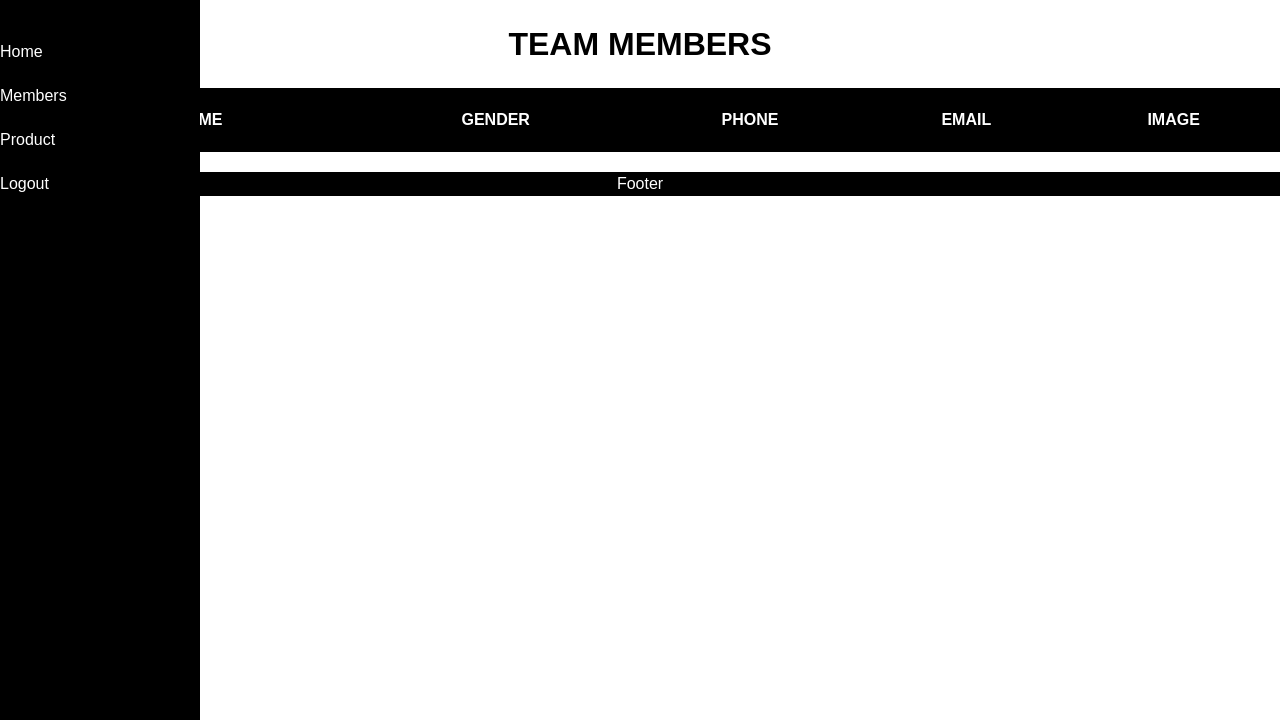
Repository: Eugene44-hub/SHRGroup46-capstone
Page: /members
These files come from the project's save history. The page is drawn as it stood at one moment and after the next save; the edit follows.
The browser window is 1280 px wide. The pictures show the whole page.
The page's requests for data from a server got no answer. The project was rebuilt for these pictures with package versions that can differ from the ones it lists, and the page was loaded fresh each time. No one was signed in, and anything a server would have sent is missing.

Above is the page before, as saved 2022-05-19 15:30:08.

### src/index.css
@tailwind base;
@tailwind components;
@tailwind utilities;
@import url('https://fonts.googleapis.com/css2?family=Poppins:wght@300;400;500;700&display=swap');
body {
    font-family: 'Poppins', sans-serif;
}

code {
    font-family: source-code-pro, Menlo, Monaco, Consolas, 'Courier New', monospace;
}

* {
    margin: 0;
    padding: 0;
    box-sizing: border-box;
}

@layer components {
    .tax {
        @apply text-sm font-medium
    }
    .taxPrice {
        @apply font-extralight
    }
}

### src/App.js
import React from 'react'
import { lazy, Suspense, useEffect, useState } from "react";
import { Route, Routes,BrowserRouter as Router } from "react-router-dom";

//read through comments on each component and pages to understand properly

// only tailwind and css modules are used in this project, any additional libraries should be told to the lead before installation

//Note: you can use normal import statement on the pages. Lazy load is for only Routing pages

// API's too have been fetched in utility folder you can import and use with the syntax below

import { fetchAllData,fetchCompanyQuantity,fetchPersonQuantity,fetchProductQuantity } from "./utilities/apis";
// fetchAllData(input endpoint here to fetch all data).then(data =>console.log(data) )
// fetchPersonQuantity(input quantity here to fetch an amount of data).then(data =>console.log(data) )
// fetchProductQuantity(input quantity here to fetch an amount of data).then(data =>console.log(data) )
// fetchCompanyQuantity(input quantity here to fetch an amount of data).then(data =>console.log(data) )

// endpoints are as follows:
// https://fakerapi.it/api/v1/products?_quantity=1
// https://fakerapi.it/api/v1/companies?_quantity=1
// https://fakerapi.it/api/v1/persons?_quantity=10
// https://fakerapi.it/api/v1/products
// https://fakerapi.it/api/v1/companies
// https://fakerapi.it/api/v1/persons

// check utilities folder for more details on the api functions

// happy coding


const Nav=lazy(()=>import('./components/nav/Nav'));
const Home=lazy(()=>import('./pages/home/Home'));
const Dashboard=lazy(()=>import('./pages/dashboard/Dashboard'))
const Members=lazy(()=>import('./pages/members/Members'))
const Product=lazy(()=>import('./pages/product/Product'))
const Login=lazy(()=>import('./pages/login/Login'))
const Footer=lazy(()=>import('./components/footer/Footer'))



const quantity = 12;

function App() {

  const[products, setProducts] = useState('')
  const [members,setMembers]=useState(null)

  useEffect(() => {
    fetchProductQuantity(quantity).then(data =>setProducts(data.data) )
    fetchAllData("https://fakerapi.it/api/v1/persons").then(data =>setMembers(data))
  }, [])

  return (
    <div className="App">

<Suspense fallback={<h1>Loading...</h1>}>
  <Router>
  <Nav/>

<Routes>
<Route path="/" element={<Home/>} />
<Route path="/product" element={<Product products = {products}/>} />
<Route path="/dashboard" element={<Dashboard/>} />
<Route path="/login" element={<Login/>} />
<Route path="/members" element={<Members members={members}/>} />
</Routes>
</Router>
<Footer/>
</Suspense>
    </div>
  );
}

export default App;

### src/utilities/apis.js
//this function takes in the url as an argument in string format

export const fetchAllData = async(url) => {
    const response = await fetch(url);
    const data = await response.json();
    return data;
}

//

// this part take in the quantity as an argument in integer format
export const fetchPersonQuantity = async(quantity) => {
    const response = await fetch(`https://fakerapi.it/api/v1/persons?_quantity=${quantity}`);
    const data = await response.json();
    return data;
}

export const fetchCompanyQuantity = async(quantity) => {

    const response = await fetch(`https://fakerapi.it/api/v1/companies?_quantity=${quantity}`);
    const data = await response.json();
    return data;
}

export const fetchProductQuantity = async(quantity) => {
    const response = await fetch(`https://fakerapi.it/api/v1/products?_quantity=${quantity}`);
    const data = await response.json();
    return data;
}



// https://fakerapi.it/api/v1/products?_quantity=1
// https://fakerapi.it/api/v1/companies?_quantity=1
// https://fakerapi.it/api/v1/persons?_quantity=10

### src/components/nav/Nav.jsx
import React from 'react'
import { useNavigate } from 'react-router-dom'

import styles from './Nav.module.css'
const navItems=[{
  item:'Home',
  url:'/'
},
{
  item:'members',
  url:'/'
},
{
  item:'product',
  url:'/'
},
{
  item:'logout',
  url:'/'
}]
const Nav = () => {
  const navigate=useNavigate()
  return (
    <nav className={`${styles.nav} `}>
      <div className='fixed w-[200px] bg-black z-50 pt-5 top-0 h-full'>
      <ul>

{navItems.map((navItem,index)=>(<li className='my-5'>
  <button className='capitalize bg-green' onClick={()=>navigate(navItem.url)}>{navItem.item}</button>
</li>))}
<li>

</li>
</ul>
      </div>

    </nav>
  )
}

export default Nav

### src/pages/members/Members.jsx
import React from 'react'
//components should be imported from here if needed
// make use of your normal import statement here to import components
// make use of the css module folder or tailwind or you can use inline styles
// check the sample on nav and footer for css modules


const Members = ({members}) => {

console.log(members);
  return (
    <section className='my-5'>
    <div className='container'>
    <header className='md:text-[2rem] text-center font-bold uppercase mb-5'>
      Team members
    </header>
<table className='w-full text-white'>
 <thead>


    <tr className='bg-black border-white'>
      <th className='text-center  py-5 text-[.5rem] md:text-[1rem] uppercase'>fullname</th>
      <th className='text-center py-5 text-[.5rem] md:text-[1rem] uppercase'>gender</th>
      <th className='text-center py-5 text-[.5rem] md:text-[1rem] uppercase'>phone</th>
      <th className='text-center py-5 text-[.5rem] md:text-[1rem] uppercase'>email</th>
      <th className='text-center py-5 text-[.5rem] md:text-[1rem] uppercase'>image</th>
    </tr>
    </thead>

<tbody>
  {members&&members.data.map((member,index) => (
      <tr key={index} style={{backgroundColor:index%2===0?"lightgrey":"black", color:index%2===0?"black":"white"}} className="py-5 shadow-lg mb-5">
      <td className=' text-center text-[.5rem] md:text-[1rem]'>
      {member.firstname} {member.lastname}
      </td>
      <td className=' text-center text-[.5rem] md:text-[1rem] capitalize'>
      {member.gender}
      </td>
      <td className=' text-center text-[.5rem] md:text-[1rem]'>
      {member.phone}
      </td>
      <td className=' text-center text-[.5rem] md:text-[1rem]'>
      {member.email}
      </td>
      <td className=' py-2  text-center text-[.5rem] md:text-[1rem]'>
      <img src={member.image} className="w-[50px] mx-auto h-[50px] rounded-full" alt="" />
      </td>
      </tr>
      ))}
</tbody>

</table>

    </div>

    </section>
  )
}

export default Members

### src/components/footer/Footer.jsx
import React from 'react'
import styles from "./Footer.module.css"
const Footer = () => {
  return (
    <footer className={styles.footer}>Footer</footer>
  )
}

export default Footer

### src/components/nav/Nav.module.css
/** @format */

nav {
    /* height: 300px; */
    background-color: black;
    color: white;
}

### src/components/footer/Footer.module.css
/** @format */

footer {
  /* height: 300px; */
  background-color: black;
  color: white;
  text-align: center;
}

Loaded but not shown: public/index.html (common file); src/index.js (common file); tailwind.config.js (common file)

After the next save:
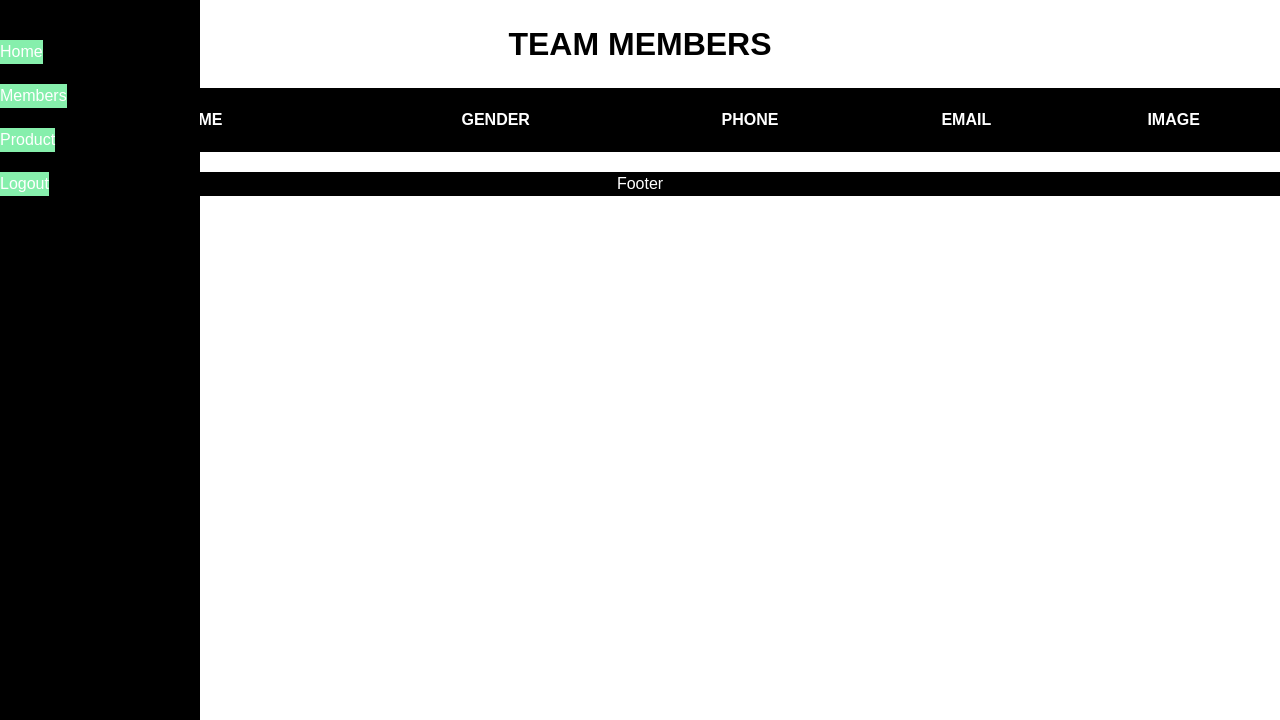
Saved 19 s later.
--- a/src/components/nav/Nav.jsx
+++ b/src/components/nav/Nav.jsx
@@ -26,7 +26,7 @@ const Nav = () => {
       <ul>
 
 {navItems.map((navItem,index)=>(<li className='my-5'>
-  <button className='capitalize bg-green' onClick={()=>navigate(navItem.url)}>{navItem.item}</button>
+  <button className='capitalize bg-green-300' onClick={()=>navigate(navItem.url)}>{navItem.item}</button>
 </li>))}
 <li>
 
